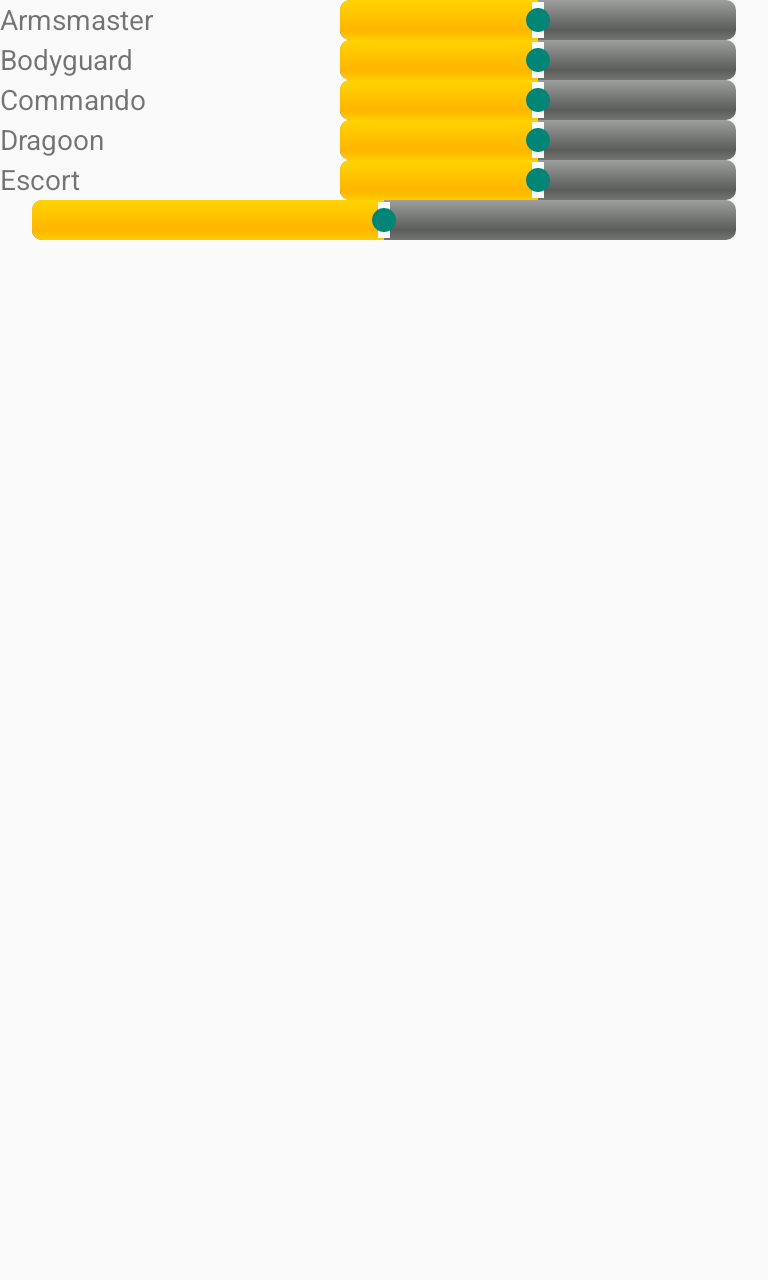
Repository: bryanpope/TARR
Layout: workspace/helloworld/res/layout/activity_hello_world.xml
These files come from the project's save history. The layout is drawn as it stood at one moment and after the next save; the edit follows.
It is drawn on a 768 x 1280 px phone screen (xhdpi) without system bars, with theme AppTheme; the app's code is not run.

Above is the layout before, as saved 2014-06-01 22:14:53.

### workspace/helloworld/res/layout/activity_hello_world.xml
<LinearLayout xmlns:android="http://schemas.android.com/apk/res/android"
              android:layout_width="fill_parent"
              android:layout_height="fill_parent"
              android:orientation="vertical" >

	<LinearLayout
	    android:layout_width="fill_parent"
	    android:layout_height="wrap_content"
	    android:orientation="horizontal" >

	    <TextView android:id="@+id/textAttackArmsmaster"
              android:layout_width="wrap_content"
              android:layout_height="wrap_content"
		      android:layout_weight="0.90"
              android:text="Armsmaster" />
	    <SeekBar
	        android:id="@+id/seekBarAttackArmsmaster"
	        style="@android:style/Widget.ProgressBar.Horizontal"
	        android:layout_width="230dp"
	        android:layout_height="wrap_content"
	        android:max="50"
	        android:progress="25"
	        android:secondaryProgress="0" />
    </LinearLayout>
	<LinearLayout
              android:layout_width="fill_parent"
              android:layout_height="wrap_content"
              android:orientation="horizontal" >

    	<TextView android:id="@+id/textAttackBodyguard"
              android:layout_width="wrap_content"
              android:layout_height="wrap_content"
		      android:layout_weight="0.90"
              android:text="Bodyguard" />
	    <SeekBar
	        android:id="@+id/seekBarAttackBodyguard"
	        style="@android:style/Widget.ProgressBar.Horizontal"
	        android:layout_width="230dp"
	        android:layout_height="wrap_content"
	        android:max="50"
	        android:progress="25"
	        android:secondaryProgress="0" />
    </LinearLayout>
	<LinearLayout
              android:layout_width="fill_parent"
              android:layout_height="wrap_content"
              android:orientation="horizontal" >

    <TextView android:id="@+id/textAttackCommando"
              android:layout_width="wrap_content"
              android:layout_height="wrap_content"
		      android:layout_weight="0.90"
              android:text="Commando" />
	    <SeekBar
	        android:id="@+id/seekBarAttackCommando"
	        style="@android:style/Widget.ProgressBar.Horizontal"
	        android:layout_width="230dp"
	        android:layout_height="wrap_content"
	        android:max="50"
	        android:progress="25"
	        android:secondaryProgress="0" />
    </LinearLayout>
	<LinearLayout
              android:layout_width="fill_parent"
              android:layout_height="wrap_content"
              android:orientation="horizontal" >

    <TextView android:id="@+id/textAttackDragoon"
              android:layout_width="wrap_content"
              android:layout_height="wrap_content"
		      android:layout_weight="0.90"
              android:text="Dragoon" />
	    <SeekBar
	        android:id="@+id/seekBarAttackDragoon"
	        style="@android:style/Widget.ProgressBar.Horizontal"
	        android:layout_width="230dp"
	        android:layout_height="wrap_content"
	        android:max="50"
	        android:progress="25"
	        android:secondaryProgress="0" />
    </LinearLayout>

	<LinearLayout
	    android:layout_width="fill_parent"
	    android:layout_height="wrap_content"
	    android:orientation="horizontal" >

	    <TextView
	        android:id="@+id/textAttackEscort"
	        android:layout_width="wrap_content"
	        android:layout_height="wrap_content"
	        android:layout_weight="0.90"
	        android:text="Escort" />

	    <SeekBar
	        android:id="@+id/seekBarAttackEscort"
	        style="@android:style/Widget.ProgressBar.Horizontal"
	        android:layout_width="230dp"
	        android:layout_height="wrap_content"
	        android:max="50"
	        android:progress="25"
	        android:secondaryProgress="0" />
	</LinearLayout>

	    <SeekBar
	        android:id="@+id/seekBarDistance"
	        style="@android:style/Widget.ProgressBar.Horizontal"
	        android:layout_width="fill_parent"
	        android:layout_height="wrap_content"
	        android:max="10"
	        android:progress="5"
	        android:secondaryProgress="0" />

</LinearLayout>

Loaded but not shown: workspace/helloworld/res/values/styles.xml (common file); workspace/helloworld/res/values-v11/styles.xml (common file); workspace/helloworld/res/values-v14/styles.xml (common file)

After the next save:
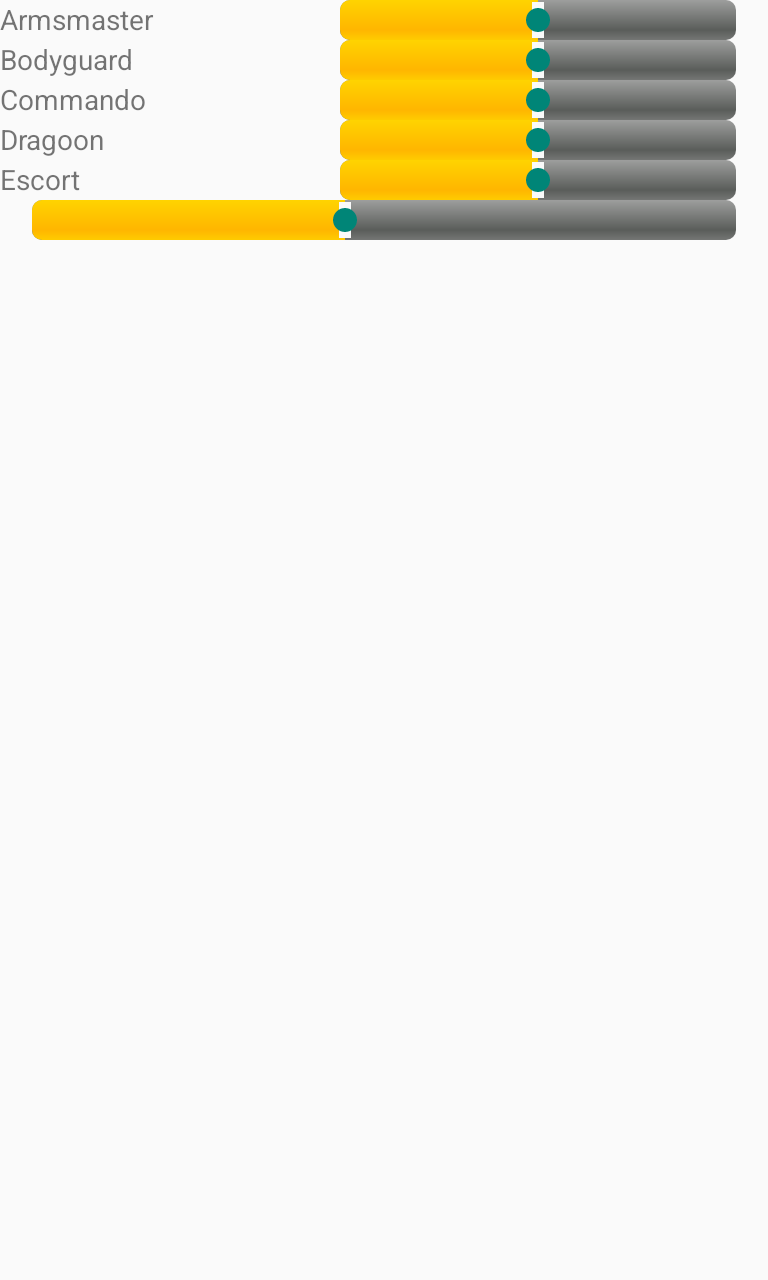
Saved 2 min 45 s later.
--- a/workspace/helloworld/res/layout/activity_hello_world.xml
+++ b/workspace/helloworld/res/layout/activity_hello_world.xml
@@ -107,8 +107,8 @@
 	        style="@android:style/Widget.ProgressBar.Horizontal"
 	        android:layout_width="fill_parent"
 	        android:layout_height="wrap_content"
-	        android:max="10"
-	        android:progress="5"
+	        android:max="9"
+	        android:progress="4"
 	        android:secondaryProgress="0" />
 
 </LinearLayout>
